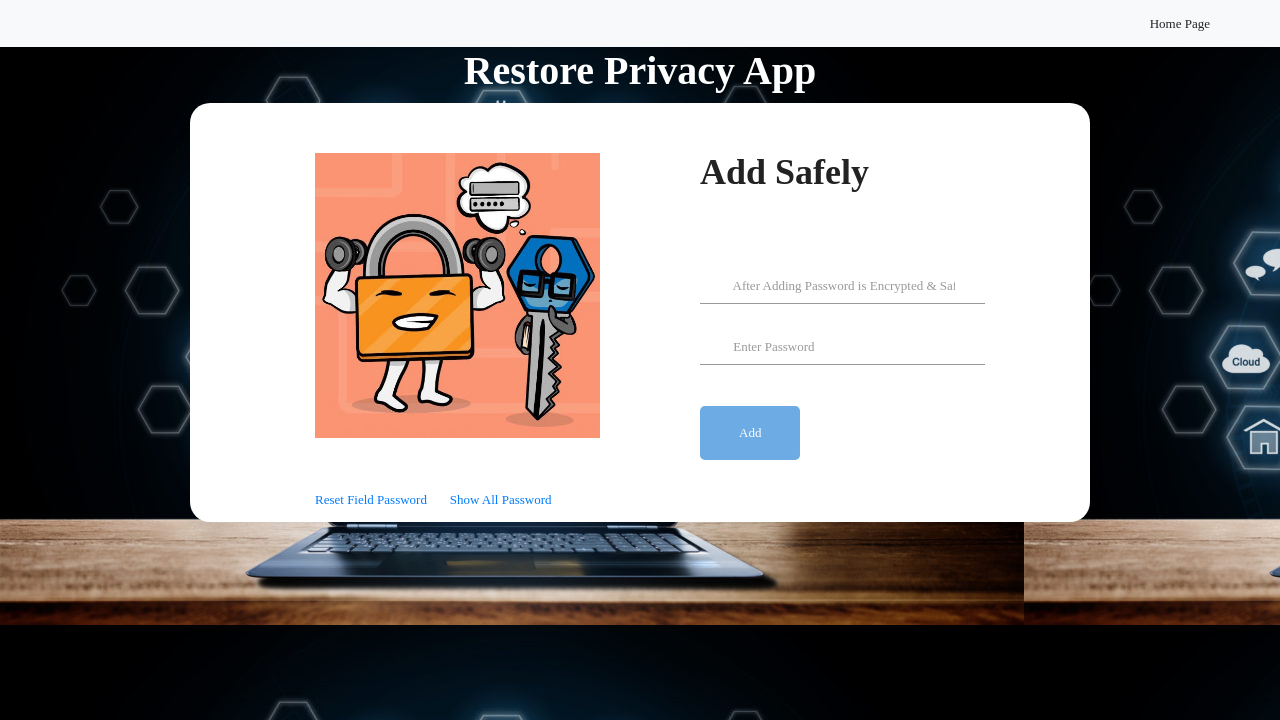
Repository: Sunil-731820/AllWorkingModels
Page: http://localhost/PasswordManagerApp/AddPassword.jsp
These files come from the project's save history. The page is drawn as it stood at one moment and after the next save; the edit follows.
The browser window is 1280 px wide. The pictures show the whole page.
Some web fonts or font styles are not loaded; a fallback is used. Some web libraries are served in a nearby version. The page is served by Tomcat 9. Other server files are loaded and not shown.

Above is the page before, as saved 2022-09-27 09:02:31.

### PasswordManagerApp/src/main/webapp/AddPassword.jsp
<%@page import="com.java.jsp.EncrptionOfPinCode"%>
<%@page import="com.java.jsp.AddPassword"%>
<%@page import="com.java.jsp.AddPasswordDAO"%>
<%@ page language="java" contentType="text/html; charset=ISO-8859-1"
    pageEncoding="ISO-8859-1"%>
<!DOCTYPE html>
<html>
<head>
<meta charset="ISO-8859-1">
<title>Insert title here</title>
<link rel="stylesheet" href="fonts/material-icon/css/material-design-iconic-font.min.css">
        <link rel="stylesheet"
              href="https://stackpath.bootstrapcdn.com/bootstrap/4.3.1/css/bootstrap.min.css">
        <link rel="stylesheet"
              href="https://maxcdn.bootstrapcdn.com/font-awesome/4.7.0/css/font-awesome.min.css">
        <script
        src="https://ajax.googleapis.com/ajax/libs/jquery/3.3.1/jquery.min.js"></script>
        <script
        src="https://cdnjs.cloudflare.com/ajax/libs/popper.js/1.14.7/umd/popper.min.js"></script>
        <script
        src="https://stackpath.bootstrapcdn.com/bootstrap/4.3.1/js/bootstrap.min.js"></script>
        <link
            href="//maxcdn.bootstrapcdn.com/bootstrap/4.0.0/css/bootstrap.min.css"
            rel="stylesheet" id="bootstrap-css">
        <script
        src="//maxcdn.bootstrapcdn.com/bootstrap/4.0.0/js/bootstrap.min.js"></script>
        <script
        src="//cdnjs.cloudflare.com/ajax/libs/jquery/3.2.1/jquery.min.js"></script>
        <link rel="stylesheet" href="css/register.css" type="text/css" />
         <style type="text/css">
        body {
            background-image: url("img/pass4.jpeg");
            background-color: #cccccc;
        }
        .img-rounded {
            height: 100%;
            width: 100%;
        }
        h1 {
            color: white;
            text-align: center;
        }
    </style>
</head>
<body>
<%
	AddPasswordDAO dao = new AddPasswordDAO();
	EncrptionOfPinCode erc1 = new EncrptionOfPinCode();

%>
<nav class="navbar navbar-expand-md navbar-light bg-light">
            <a href="#" class="navbar-brand">
            </a>
            <button type="button" class="navbar-toggler" data-toggle="collapse"
                    data-target="#navbarCollapse">
                <span class="navbar-toggler-icon"></span>
            </button>

            <div class="collapse navbar-collapse" id="navbarCollapse">
                <div class="navbar-nav ml-auto" style="margin-right: 30px;">
                    <a class="dropdown-item" href="HomePage.jsp">Home Page</a>
                </div>
            </div>
        </nav>
        <div>
            <h1>
                <b> Restore Privacy App </b>
            </h1>
        </div>
        <!-- Sing in  Form -->
        <form action="AddPassword.jsp" method="get">
            <section class="sign-in">
                <div class="container">
                    <div class="signin-content">
                        <div class="signin-image">
                            <figure><img src="img/addPassImg.jpg" alt="sing up image"></figure>
                            <a href="AddPassword.jsp">Reset Field Password </a>&nbsp;&nbsp;&nbsp;&nbsp;&nbsp;
                            <a href="ShowAllPassword.jsp">Show All Password </a>
                        </div>

                        <div class="signin-form">
                            <h2 class="form-title">Add Safely</h2>

                            <form method="get" class="register-form" id="login-form">
                             &nbsp;&nbsp;&nbsp;&nbsp;&nbsp;&nbsp;&nbsp;&nbsp;&nbsp;&nbsp;<h4></h4>
                                <div class="form-group">
                                    <label for="your_name"><i class="zmdi zmdi-account material-icons-name"></i></label>
                                    <input type="number" name="normal" id="your_name" placeholder=" After Adding Password is Encrypted & Safe " />
                                </div>

                                <div class="form-group">
                                    <label for="your_name"><i class="zmdi zmdi-account material-icons-name"></i></label>
                                    <input type="text" name="AddPassword" id="your_name" placeholder=" Enter Password  " required="required"/>
                                </div>

                                <div class="form-group form-button">
                                    <input type="submit" name="signin" id="signin" class="form-submit" value="Add"/>
                                </div>
                            </form>
                        </div>
                    </div>
                </div>
            </section>
        </form>

        <%
        	if(request.getParameter("AddPassword")!=null || request.getParameter("normal")!=null){
        		AddPassword add = new AddPassword();
        		String AddPassword = request.getParameter("AddPassword");
            	String addP =  erc1.encrypt(AddPassword);
        		add.setAddPassword(addP);
        		dao.addPassWordSafely(add);

        		 %>
            	 <jsp:forward page="PasswordAddedSuccessFully.jsp"/>

            	<%
            }
            %>

</body>
</html>

### PasswordManagerApp/src/main/java/com/java/jsp/AddPasswordDAO.java
package com.java.jsp;

import java.sql.Connection;
import java.sql.PreparedStatement;
import java.sql.SQLException;

public class AddPasswordDAO {

	Connection connection;
	PreparedStatement pst;

	public String addPassWordSafely(AddPassword AddPassword) throws ClassNotFoundException, SQLException {
		connection = ConnectionHelper.getConnection();
		String cmd = "insert into savepassword(AddPassword)"+
				" values (?)";
		pst  = connection.prepareStatement(cmd);
		pst.setString(1, AddPassword.getAddPassword());
		pst.executeUpdate();
		return "Password is addess Suceesfully";

	}

}

### PasswordManagerApp/src/main/java/com/java/jsp/EncrptionOfPinCode.java
package com.java.jsp;
import java.nio.charset.StandardCharsets;
import java.security.spec.KeySpec;
import java.util.Base64;
import java.util.Scanner;

import javax.crypto.Cipher;
import javax.crypto.SecretKey;
import javax.crypto.SecretKeyFactory;
import javax.crypto.spec.IvParameterSpec;
import javax.crypto.spec.PBEKeySpec;
import javax.crypto.spec.SecretKeySpec;

public class EncrptionOfPinCode {
	private static final String SECRET_KEY
    = "my_super_secret_key_ho_ho_ho";

    private static final String SALT = "ssshhhhhhhhhhh!!!!";

// This method use to encrypt to string
public static String encrypt(String strToEncrypt)
{
    try {

        // Create default byte array
        byte[] iv = { 0, 0, 0, 0, 0, 0, 0, 0,
                      0, 0, 0, 0, 0, 0, 0, 0 };
        IvParameterSpec ivspec
            = new IvParameterSpec(iv);

        // Create SecretKeyFactory object
        SecretKeyFactory factory
            = SecretKeyFactory.getInstance(
                "PBKDF2WithHmacSHA256");

        // Create KeySpec object and assign with
        // constructor
        KeySpec spec = new PBEKeySpec(
            SECRET_KEY.toCharArray(), SALT.getBytes(),
            65536, 256);
        SecretKey tmp = factory.generateSecret(spec);
        SecretKeySpec secretKey = new SecretKeySpec(
            tmp.getEncoded(), "AES");

        Cipher cipher = Cipher.getInstance(
            "AES/CBC/PKCS5Padding");
        cipher.init(Cipher.ENCRYPT_MODE, secretKey,
                    ivspec);
        // Return encrypted string
        return Base64.getEncoder().encodeToString(
            cipher.doFinal(strToEncrypt.getBytes(
                StandardCharsets.UTF_8)));
    }
    catch (Exception e) {
        System.out.println("Error while encrypting: "
                           + e.toString());
    }
    return null;

	}
}

Loaded but not shown: PasswordManagerApp/src/main/webapp/css/register.css (590 lines, source omitted)

After the next save:
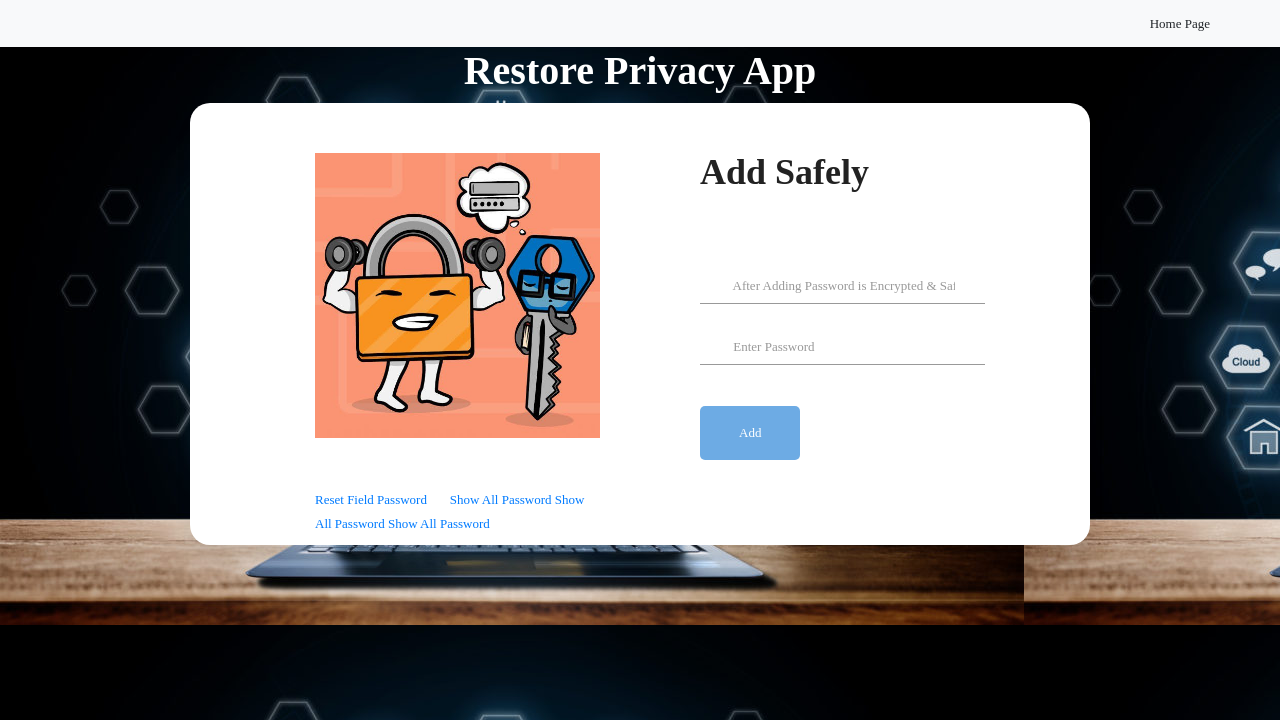
Saved 2 min 56 s later.
--- a/PasswordManagerApp/src/main/webapp/AddPassword.jsp
+++ b/PasswordManagerApp/src/main/webapp/AddPassword.jsp
@@ -76,6 +76,8 @@
                             <figure><img src="img/addPassImg.jpg" alt="sing up image"></figure>
                             <a href="AddPassword.jsp">Reset Field Password </a>&nbsp;&nbsp;&nbsp;&nbsp;&nbsp;
                             <a href="ShowAllPassword.jsp">Show All Password </a>
+                            <a href="ShowAllPassword.jsp">Show All Password </a>
+                            <a href="ShowAllPassword.jsp">Show All Password </a>
                         </div>
 
                         <div class="signin-form">

After the save that followed:
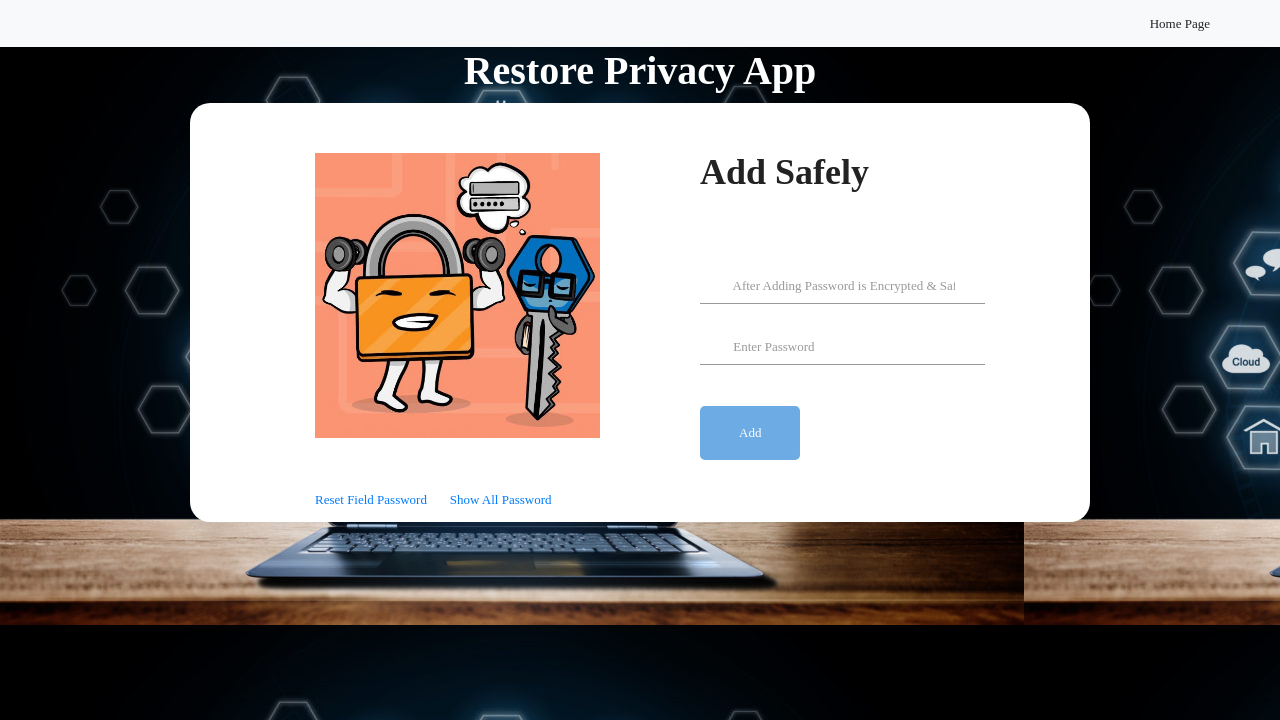
Saved 2 min 46 s later.
--- a/PasswordManagerApp/src/main/webapp/AddPassword.jsp
+++ b/PasswordManagerApp/src/main/webapp/AddPassword.jsp
@@ -76,8 +76,7 @@
                             <figure><img src="img/addPassImg.jpg" alt="sing up image"></figure>
                             <a href="AddPassword.jsp">Reset Field Password </a>&nbsp;&nbsp;&nbsp;&nbsp;&nbsp;
                             <a href="ShowAllPassword.jsp">Show All Password </a>
-                            <a href="ShowAllPassword.jsp">Show All Password </a>
-                            <a href="ShowAllPassword.jsp">Show All Password </a>
+
                         </div>
 
                         <div class="signin-form">
